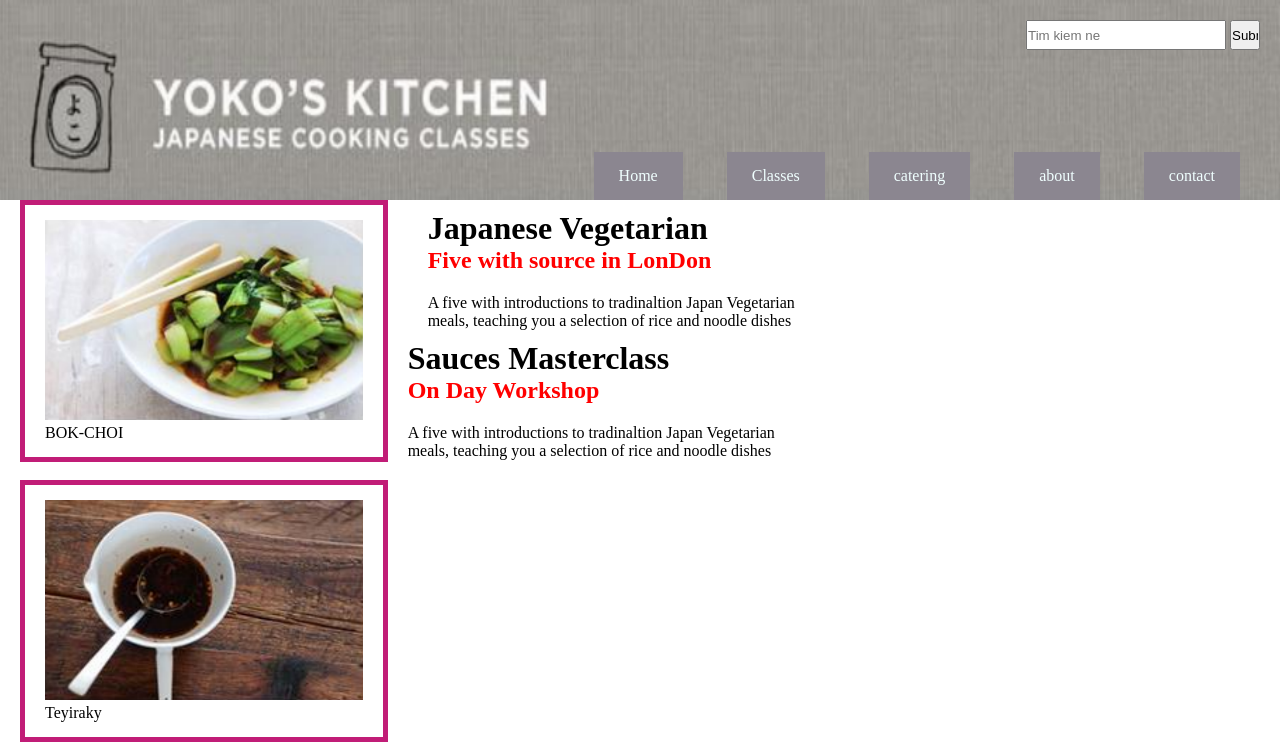
Repository: huy352002/20012931-Tr-n-Quang-Huy
Page: bt2.html
These files come from the project's save history. The page is drawn as it stood at one moment and after the next save; the edit follows.
The browser window is 1280 px wide. The pictures show the whole page.

Above is the page before, as saved 2022-09-30 10:27:49.

After the next save:
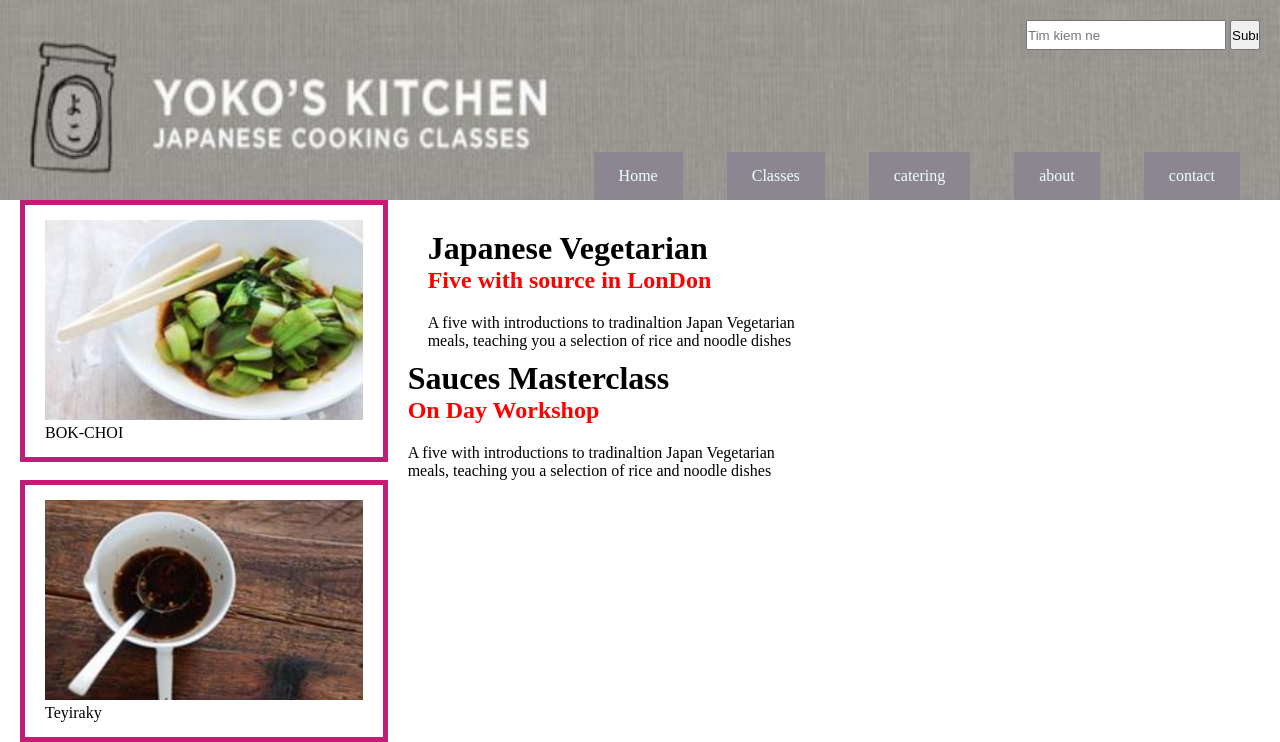
Saved 27 s later.
--- a/bt2.css
+++ b/bt2.css
@@ -105,7 +105,7 @@
 }
 
 .P_1 {
-    margin: 0 10px;
+    margin: 20px 10px 0 10px;
     padding: 10px 10px;
 }
 
